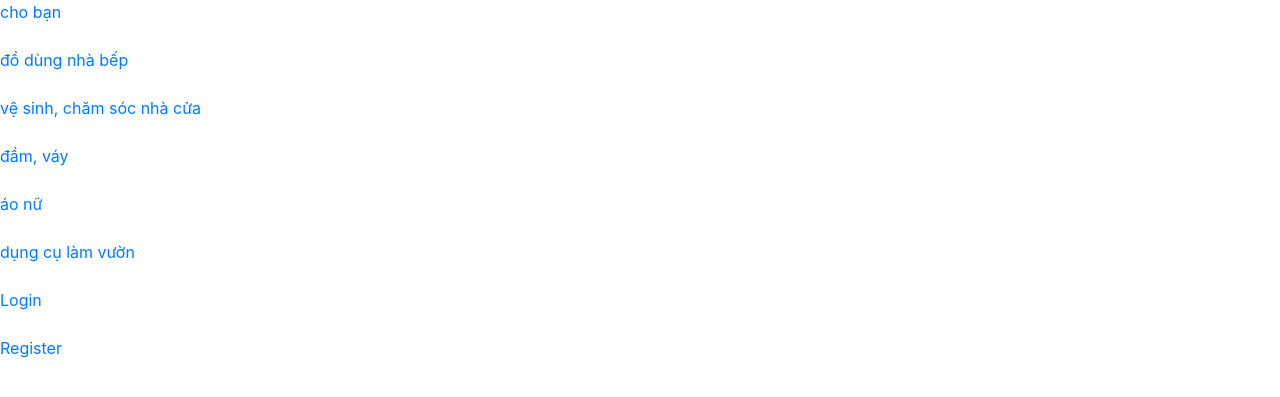
Repository: bao2222/hoc-lam-web
Page: About-me.html
An editor plug-in stored every save of this project. The page is shown before and after the next save, followed by the edit.
The browser window is 1280 px wide. The pictures show the whole page.

Above is the page before, as saved 2025-01-23 14:40:43.

### About-me.html
<!DOCTYPE html>
<html lang="en">
    <head>
        <title>About me</title>
        <meta charset="UTF-8">
        <link rel="name" href="welcome.html" type="text/html">
        <link rel="stylesheet" href="style.css" type="text/css">
        <script src="project.js"></script>
        <link rel="stylesheet" href="https://cdnjs.cloudflare.com/ajax/libs/font-awesome/4.7.0/css/font-awesome.min.css">
        <link rel="stylesheet" href="https://maxcdn.bootstrapcdn.com/bootstrap/4.5.2/css/bootstrap.min.css">
        <script src="https://ajax.googleapis.com/ajax/libs/jquery/3.5.1/jquery.min.js"></script>
        <script src="https://cdnjs.cloudflare.com/ajax/libs/popper.js/1.16.0/umd/popper.min.js"></script>
        <script src="https://maxcdn.bootstrapcdn.com/bootstrap/4.5.2/js/bootstrap.min.js"></script>

    </head>

    <body>
        <header>
            <div>
                <div class="b-menu">
                    <a href="b1.html">cho bạn</a><br><br>
                    <a href="b2.html">đồ dùng nhà bếp</a><br><br>
                    <a href="b3.html">vệ sinh, chăm sóc nhà cửa</a><br><br>
                    <a href="b4.html">đầm, váy</a><br><br>
                    <a href="b5.html">áo nữ</a><br><br>
                    <a href="b6.html">dụng cụ làm vườn </a><br><br>
                </div>

                <div class="login-resister">
                    <a href="login.html">Login</a><br><br>
                    <a href="logout.html">Register</a>

                </div>









            </div>


        </header>
        <nav></nav>
        <footer></footer>



    </body>
</html>

### style.css
*{
    box-sizing: border-box;
    margin: 0;
    padding: 0;
}
header{
    display: flex;
}

Loaded but not shown: project.js (no stored copy; drawn as an empty file)

After the next save:
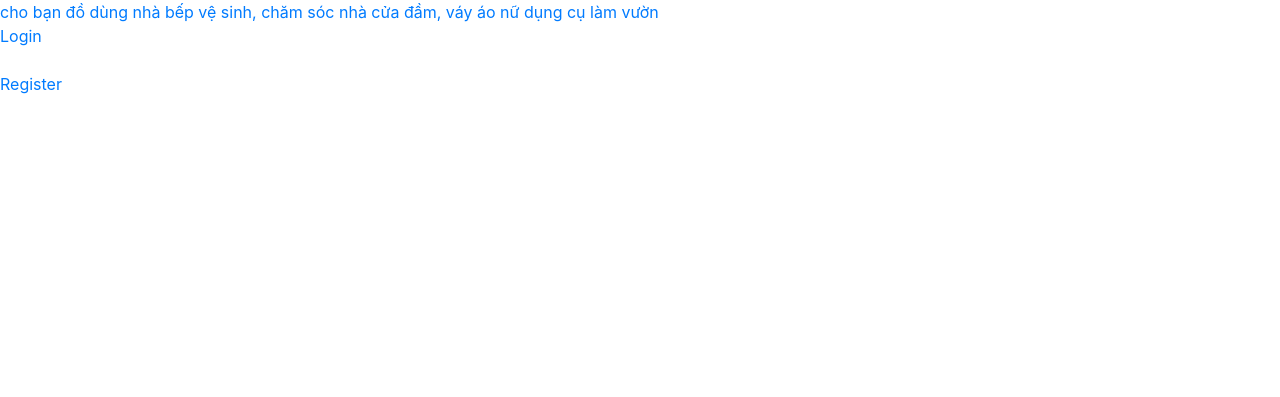
Saved 36 s later.
--- a/About-me.html
+++ b/About-me.html
@@ -18,12 +18,12 @@
         <header>
             <div>
                 <div class="b-menu">
-                    <a href="b1.html">cho bạn</a><br><br>
-                    <a href="b2.html">đồ dùng nhà bếp</a><br><br>
-                    <a href="b3.html">vệ sinh, chăm sóc nhà cửa</a><br><br>
-                    <a href="b4.html">đầm, váy</a><br><br>
-                    <a href="b5.html">áo nữ</a><br><br>
-                    <a href="b6.html">dụng cụ làm vườn </a><br><br>
+                    <a href="b1.html">cho bạn</a>
+                    <a href="b2.html">đồ dùng nhà bếp</a>
+                    <a href="b3.html">vệ sinh, chăm sóc nhà cửa</a>
+                    <a href="b4.html">đầm, váy</a>
+                    <a href="b5.html">áo nữ</a>
+                    <a href="b6.html">dụng cụ làm vườn </a>
                 </div>
 
                 <div class="login-resister">
